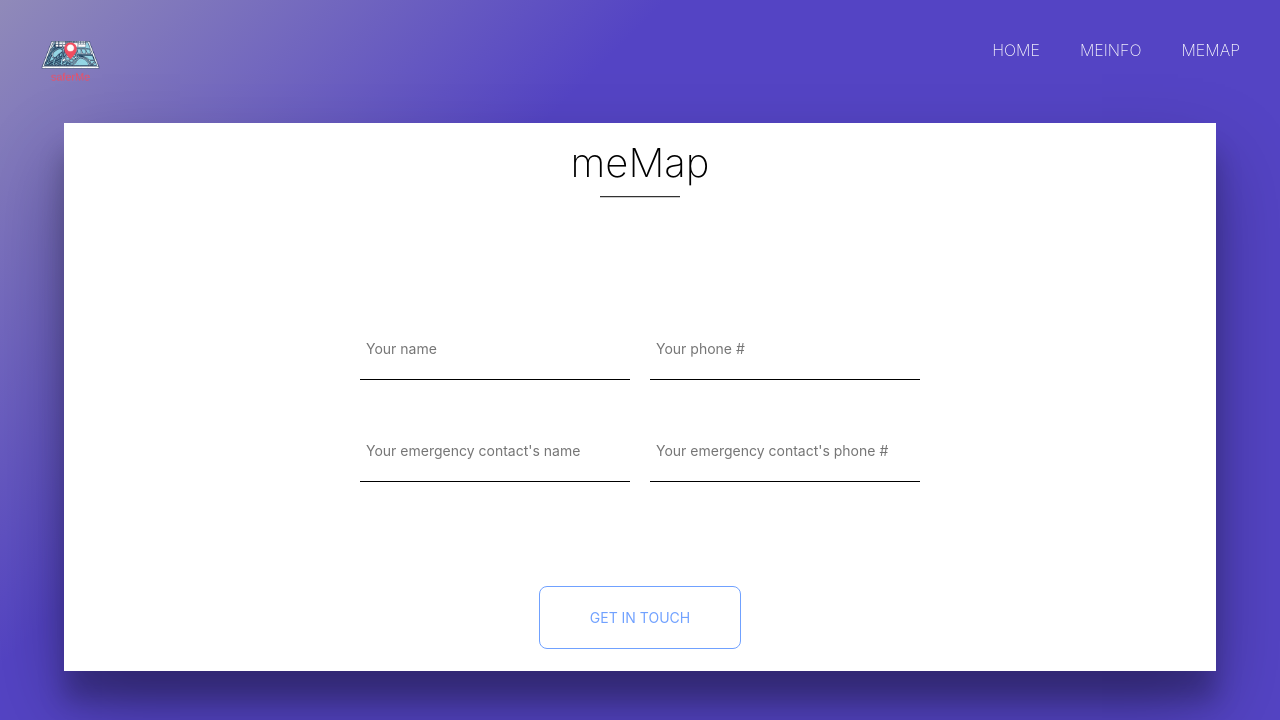
Repository: aasirvalji/saferMe
Page: /alt
The author's editor kept a copy of each file at every save. The page is drawn from the files as they stood at one save, then again after the next save.
The browser window is 1280 px wide. The pictures show the whole page.
An inner scrolling area shows only its first screen. The project was rebuilt for these pictures with package versions that can differ from the ones it lists, and the page was loaded fresh each time. Also part of the build but not shown: src/components/Landing.js, src/styles/Services.css, src/components/Services.js, src/mapStyles.js, src/components/MapDisplay.js, src/styles/AboutDisplay.css, src/components/AboutDisplay.js, src/components/SampleDisplay.js.

Above is the page before, as saved 2020-02-16 10:35:55.

### public/index.html
<!DOCTYPE html>
<html lang="en">
  <head>
    <meta charset="utf-8" />
    <link rel="icon" href="%PUBLIC_URL%/favicon.ico" />
    <meta name="viewport" content="width=device-width, initial-scale=1" />
    <meta name="theme-color" content="#000000" />
    <meta
      name="description"
      content="Web site created using create-react-app"
    />
    <link rel="apple-touch-icon" href="%PUBLIC_URL%/logo192.png" />
    <!--
      manifest.json provides metadata used when your web app is installed on a
      user's mobile device or desktop. See https://developers.google.com/web/fundamentals/web-app-manifest/
    -->
    <link rel="manifest" href="%PUBLIC_URL%/manifest.json" />
    <!--
      Notice the use of %PUBLIC_URL% in the tags above.
      It will be replaced with the URL of the `public` folder during the build.
      Only files inside the `public` folder can be referenced from the HTML.

      Unlike "/favicon.ico" or "favicon.ico", "%PUBLIC_URL%/favicon.ico" will
      work correctly both with client-side routing and a non-root public URL.
      Learn how to configure a non-root public URL by running `npm run build`.
    -->

    <link
    rel="stylesheet"
    href="https://maxcdn.bootstrapcdn.com/bootstrap/4.3.1/css/bootstrap.min.css"
    integrity="sha384-ggOyR0iXCbMQv3Xipma34MD+dH/1fQ784/j6cY/iJTQUOhcWr7x9JvoRxT2MZw1T"
    crossorigin="anonymous"
  />

  <link rel="stylesheet" href="https://use.fontawesome.com/releases/v5.7.2/css/all.css" integrity="sha384-fnmOCqbTlWIlj8LyTjo7mOUStjsKC4pOpQbqyi7RrhN7udi9RwhKkMHpvLbHG9Sr" crossorigin="anonymous">

    <title>Aurorah</title>
  </head>
  <body>
    <noscript>You need to enable JavaScript to run this app.</noscript>
    <div id="root"></div>
    <!--
      This HTML file is a template.
      If you open it directly in the browser, you will see an empty page.

      You can add webfonts, meta tags, or analytics to this file.
      The build step will place the bundled scripts into the <body> tag.

      To begin the development, run `npm start` or `yarn start`.
      To create a production bundle, use `npm run build` or `yarn build`.
    -->
  </body>
</html>

### src/App.js
import React from 'react';
import './App.css';
import Navigate from './components/Navigate'
import Landing from './components/Landing'
import Services from './components/Services'
import MapDisplay from './components/MapDisplay'
import AltDisplay from './components/AltDisplay'
import AboutDisplay from './components/AboutDisplay'

import SampleDisplay from './components/SampleDisplay';


import {
  BrowserRouter as Router,
  Switch,
  Route,
} from "react-router-dom";

class App extends React.Component { //when working with any type of data, call it in App then pass to comp on interest

  constructor(props) {
    super(props);

  }

/* start api sample */
/*
  componentDidMount() {
    fetch("https://api.example.com/items")
      .then(res => res.json())
      .then(
        (result) => {
          this.setState({
            isLoaded: true,
            items: result.items
          });
        },
        // Note: it's important to handle errors here
        // instead of a catch() block so that we don't swallow
        // exceptions from actual bugs in components.
        (error) => {
          this.setState({
            isLoaded: true,
            error
          });
        }
      )
  }
  */
/* end api sample */
  render(){


  return (
    <Router>
    <div className="App">

    <Switch>

    <Route exact path="/">
    <div className='landing-div'>
    <Navigate></Navigate>
    <Landing></Landing>
    <img className='wave' src='https://www.ochrehealth.com.au/wp-content/uploads/2018/10/slider-wave.png' alt=''></img>  {/* wave pattern*/}
    </div>
    {/* services placement*/}
    {/* maps placement*/}
    </Route>

    <Route path="/about">
    <div className='about-background'>
    <Navigate></Navigate>

    <AboutDisplay></AboutDisplay>
    </div>
    </Route>

    <Route path="/map">
    <div className='map-background'>
    <Navigate></Navigate>

  <MapDisplay></MapDisplay>
    </div>
    </Route>

    <Route path="/graph">
    <div className='graph-background'>
    <Navigate></Navigate>


    </div>
    </Route>

    <Route path="/alt">
    <div className='alt-background'>
    <Navigate></Navigate>

    <AltDisplay></AltDisplay>
    </div>
    </Route>

    </Switch>

    </div>
    </Router>

  );
  }
}

export default App;

### src/App.css
.landing-div {
    height: 100vh;
	background: linear-gradient(-45deg, #ee7752, #e73c7e,#FF4136, #85144b);
	background-size: 400% 400%;
    animation: gradient 10s ease infinite;

}


@keyframes gradient {
	0% {
		background-position: 0% 50%;
	}
	50% {
		background-position: 100% 50%;
	}
	100% {
		background-position: 0% 50%;
	}
}

.landing-div .wave{
    margin-right: 20vh;
    height: 15vh;
    width: 100%;
    position: absolute;
    bottom: 0;
}

@media screen and (max-width:700px) {

    .landing-div {
        height: 110vh;
    }

    .landing-div .wave{
    display: none;
    }

}

.about-background{
    background: linear-gradient(-45deg, #23a6d5, #23a6d5,#23a6d5, #acceda);
    height: 100vh;
}

.map-background{
    background: linear-gradient(-45deg, #FF4136, #FF4136,#FF4136, #e7ab98);
    height: 100vh;
}

.graph-background{
    background: linear-gradient(-45deg, #e73c7e, #e73c7e,#e73c7e, #e0a0b9);
    height: 100vh;
}

.alt-background{
    background: linear-gradient(-45deg, #5444c4, #5444c4,#5444c4, #908ab9);
    height: 100vh;
}

### src/components/Navigate.js
import React from 'react';
import '../styles/Navigate.css';
import {}
from 'react-bootstrap';
import img from '../assets/86665821_178198983462585_1128028565648965632_n.png'

import { Link } from "react-router-dom";


function Navigate() {
    return (
    <>
  <div class="header">
    <h2 class="logo"><img src={img}></img></h2>
    <input type="checkbox" id="chk"></input>
    <label for="chk" class="show-menu-btn">
      <i class="fas fa-ellipsis-h"></i>
    </label>

    <ul class="menu">
      <Link to="/"><a>Home</a></Link>
      {/*<Link to="/about"><a>About</a></Link>*/}
      <Link to="/alt"><a>meInfo</a></Link>
      <Link to="/map"><a>meMap</a></Link>
      {/*<Link to="/graph"><a>eGraph</a></Link>*/}

      <label for="chk" class="hide-menu-btn">
        <i class="fas fa-times"></i>
      </label>
    </ul>
  </div>
</>
);
}


export default Navigate;

### src/components/AltDisplay.js
import React from 'react';
import '../styles/AltDisplay.css'




class AltDisplay extends React.Component{

  constructor(props){
    super(props);

    this.state = {username: "",
    userNumber: "",
    emergencyName: "",
    emergencyNumber: "",
  };

    this.handleChange = this.handleChange.bind(this);
    this.handleSubmit = this.handleSubmit.bind(this);
}



handleChange = (event) => {
  this.setState({
  [event.target.name] : event.target.value
})
}

handleSubmit(event) {
  this.sendData();
  console.log ('done')
  event.preventDefault();
  alert("Thank you for your submission, your data has been recorded")

  {/*} restore state post submission
  this.setState({
    username : '',

  }) */}

}

sendData(){

  // create a new XMLHttpRequest
  var xhr = new XMLHttpRequest()

  // get a callback when the server responds
  xhr.addEventListener('load', () => {
    // update the state of the component with the result here
    console.log(xhr.responseText)
  })
  // open the request with the verb and the url
  xhr.open('POST', 'https://valley.alishanpiyarali.repl.co/form')
  // send the request
  xhr.send(this.state.username + "," + this.state.userNumber.toString() + ","  + this.state.emergencyName + "," +this.state.emergencyNumber.toString())

  console.log('success')
}



render(){
    return(
        <>

<div className='alt-con'>

<div className='alt-header'>
<h1>meMap</h1>
</div>

<form class="contact-section" onSubmit={this.handleSubmit}>
      <div class="inner-width">

        <input type="text" class="name" placeholder="Your name" name = 'username'
        value={this.state.value} onChange={this.handleChange} ></input>

       <input type="number" class="email" placeholder="Your phone #" name ="userNumber"
       username={this.state.username} onChange={this.handleChange} ></input>

      <input type="text" class="name" placeholder="Your emergency contact's name" name = 'emergencyName'
        value={this.state.value} onChange={this.handleChange} ></input>

       <input type="number" class="email" placeholder="Your emergency contact's phone #" name ="emergencyNumber"
       username={this.state.username} onChange={this.handleChange} ></input>

        <button type='submit' value="Submit">Get in touch</button>
      </div>
    </form>

</div>

        </>
    )
}
}


export default AltDisplay;

### src/styles/Navigate.css
/* Start Navbar */

.header{
    height: 100px;
    background: transparent;
    padding: 0 20px;
    color: white;
    font-weight: 200;
  }
  .logo{
    line-height: 100px;
    float: left;
  }

  .header h2{
    font-weight: 200;
  }

  .header img{
    width: 12vh;
    height: 12vh;
    margin-left: 1vh;
    transform: translateY(2rem);
  }

  .menu{
    float: right;
    line-height: 100px;
  }
  .menu a{
    color: white;
    text-transform: uppercase;
    text-decoration: none;
    padding: 0 10px;
    transition: 0.4s;
  }
  .show-menu-btn,.hide-menu-btn{
    transition: 0.4s;
    font-size: 30px;
    cursor: pointer;
    display: none;
  }
  .show-menu-btn{
    float: right;
  }
  .show-menu-btn i{
    line-height: 100px;
  }
  .menu a:hover,
  .show-menu-btn:hover,
  .hide-menu-btn:hover{
    transition: .5s;
    color: black;
  }

  #chk{
    position: absolute;
    visibility: hidden;
    z-index: -1111;
  }

  .content{
    padding: 0 20px;
  }
  .content img{
    width: 100%;
    max-width: 700px;
    margin: 20px 0;
  }
  .content p{
    text-align: justify;
  }

  @media screen and (max-width:800px) {
    .show-menu-btn,.hide-menu-btn{
      display: block;
    }
    .menu{
      position: fixed;
      width: 100%;
      height: 100vh;
      background: linear-gradient(-45deg, #ee7752, #e73c7e,#5444c4, #23a6d5);
      right: -100%;
      top: 0;
      text-align: center;
      padding: 80px 0;
      line-height: normal;
      transition: 0.7s;
      z-index: 1000;
    }
    .menu a{
      display: block;
      padding: 20px;
    }

    .menu a:hover{
      cursor: pointer;
    }

    .hide-menu-btn{
      position: absolute;
      top: 40px;
      right: 40px;
    }
    #chk:checked ~ .menu{
      right: 0;
    }
  }

  /* End Navbar */

### src/styles/Landing.css


  * {
    box-sizing: border-box;
    margin: 0;
    padding: 0;
  }


  h1 {
    line-height: 1.3;

  }

  img {
    width: 90%;
  }

  .container {
    max-width: 1200px;
    margin: auto;
    padding: 0 2rem;
    margin-top: 13vh;
  }

  .container h1, p{
    margin-top: 10vh;
    color: white;
  }

  .main-header{
    -webkit-animation: fadein 4s; /* Safari, Chrome and Opera > 12.1 */
    -moz-animation: fadein 4s; /* Firefox < 16 */
     -ms-animation: fadein 4s; /* Internet Explorer */
      -o-animation: fadein 4s; /* Opera < 12.1 */
         animation: fadein 4s;
  }

  .main-subheader{
    -webkit-animation: fadein 4s; /* Safari, Chrome and Opera > 12.1 */
    -moz-animation: fadein 4s; /* Firefox < 16 */
     -ms-animation: fadein 4s; /* Internet Explorer */
      -o-animation: fadein 4s; /* Opera < 12.1 */
         animation: fadein 4s;
  }

  .section-a {
    margin: 2rem 0;
  }

  .section-a .container {
    display: grid;
    grid-template-columns: 1fr 1fr;
    grid-gap: 3rem;
    align-items: center;
    justify-content: center;
  }

  .section-a h1 {
    font-size: 4rem;
    font-weight: 200;
  }

  .section-a p {
    font-size: 1.1rem;
    margin: 1rem 0 0 .775vh;
    font-weight: 200;
  }

  .floating{
    animation-name: floating;
    animation-duration: 3s;
    animation-iteration-count: infinite;
    animation-timing-function: ease-in-out;
    z-index: 100;
  }


  @keyframes floating {
    from { transform: translate(0,  0px); }
    50%  { transform: translate(0, 20px); }
    to   { transform: translate(0, -0px); }
}

  @media (max-width: 700px) {
    .section-a .container {
      grid-template-columns: 1fr;
      text-align: center;
    }

    .section-a .container div:first-child {
      order: 2;
    }

    .section-a .container div:nth-child(2) {
      order: -1;
    }

    .section-a img {
      width: 80%;
      margin: auto;
    }
  }

/* fade in animation*/

@keyframes fadein {
  from { opacity: 0; }
  to   { opacity: 1; }
}

/* Firefox < 16 */
@-moz-keyframes fadein {
  from { opacity: 0; }
  to   { opacity: 1; }
}

/* Safari, Chrome and Opera > 12.1 */
@-webkit-keyframes fadein {
  from { opacity: 0; }
  to   { opacity: 1; }
}

/* Internet Explorer */
@-ms-keyframes fadein {
  from { opacity: 0; }
  to   { opacity: 1; }
}

/* Opera < 12.1 */
@-o-keyframes fadein {
  from { opacity: 0; }
  to   { opacity: 1; }
}

### src/styles/MapDisplay.css
/* Try adding wave to Navbar */

.map-con{
    transform: translateY(1vh);
    color: black;
    width: 90%;
    height: 76vh;
    margin: 15px auto;
    background: white;
    overflow: hidden;
    position: relative;
    top: 0;
    -webkit-box-shadow: 0 38px 76px rgba(0, 0, 0, 0.3), 0 30px 24px rgba(0, 0, 0, 0.22);
            box-shadow: 0 38px 76px rgba(0, 0, 0, 0.3), 0 30px 24px rgba(0, 0, 0, 0.22);
            overflow-y: auto;
}

.map-con p{
    color: white;
}

.map-header h1{
    color: black;
    text-align: center;
    font-weight: 200;
    margin-top: 2vh;
    margin-bottom: 8vh;
}

.map-header h1:after {

    content: '';
    transform: translateY(1vh);
    margin: auto;
    border-bottom: .1vh solid black;
    width: 11vh;
    display: block;

}

.map-details{
    display: flex;
    flex-direction: column;
    justify-content: center;
    align-items: center;
}

.map-details p{
    font-weight: 300;
    margin: auto;
    color: black;
    text-align: center;
    width: 50%;
    margin-bottom: 3vh;
}

.marker-div{
    display: flex;
    flex-direction: column;
    justify-content: center;
    align-items: center;
}

.marker-div h2{
font-size: 1rem;
text-align: center;
margin-bottom: 1rem;
}

.marker-div {
    font-size: 1rem;
    text-align: center;
    margin-bottom: 1rem;
    }

.marker-div img{
    margin: auto;
    width: 18rem;
    height: 15rem;
    }

button{
background: none;
color: #fc0000;
border: 1px solid #fc0000;
padding: 20px 50px;
border-radius: 8px;
text-transform: uppercase;
font-size: 14px;
transition: 0.4s linear;
cursor: pointer;
}

button:hover{
    background: #fc0000;
    color: #fff;
  }

.emergencyButton{
    transform: translateY(-2.5rem);
}

/*end button*/

/* start responsive map */

/*
@media only screen and (max-width: 900px){
.map-div {
    width: 800vh;
}

}
*/

/* end responsive map */

### src/styles/AltDisplay.css
/* Try adding wave to Navbar */

.alt-con{
    transform: translateY(1vh);
    color: black;
    width: 90%;
    height: 76vh;
    margin: 15px auto;
    background: white;
    overflow: hidden;
    position: relative;
    top: 0;
    -webkit-box-shadow: 0 38px 76px rgba(0, 0, 0, 0.3), 0 30px 24px rgba(0, 0, 0, 0.22);
            box-shadow: 0 38px 76px rgba(0, 0, 0, 0.3), 0 30px 24px rgba(0, 0, 0, 0.22);
            overflow-y: auto;
}

.alt-con p{
    color: white;
}

.alt-header h1{
    color: black;
    text-align: center;
    font-weight: 200;
    margin-top: 2vh;
    margin-bottom: 8vh;
}

.alt-header h1:after {

    content: '';
    transform: translateY(1vh);
    margin: auto;
    border-bottom: .1vh solid black;
    width: 11vh;
    display: block;

}

.alt-details p{
    font-weight: 300;
    margin: auto;
    color: black;
    text-align: center;
    width: 50%;
    margin-bottom: 3vh;
}

.alt-details img{
    display: block;
    margin: 0 auto;
    height: 40vh;
    width: 50vh;
}

/* sample */

.middle{
    position: relative;
    margin: auto;
  }

  .task-list{
    width: 400px;
    padding: 40px;
    background: linear-gradient(-45deg, #ee7752, #ee7752,#ee7752, #e7ab98);
    background-size: cover;
  }
  .task-list h2{
    color: #fff;
    font-weight: 220;
  }
  .task{
    display: flex;
    padding: 10px 0;
    align-items: center;
    cursor: pointer;
    font-weight: 220;
  }

  .task input{
    position: absolute;
    visibility: hidden;
  }

  /* start remove number wheel on type input */

  input[type=number]::-webkit-inner-spin-button,

input[type=number]::-webkit-outer-spin-button {

  -webkit-appearance: none;
   appearance: none;
   display: none;
   opacity: 0;
  margin: 0;

}

/* end remove number wheel on type input */

  .task i{
    display: inline-block;
    width: 48px;
    height: 48px;
    border-radius: 50%;
    border: 1px solid white;
    text-align: center;
    line-height: 48px;
    font-size: 20px;
    margin-right: 14px;
    color: transparent;
  }

  .text{
    font-size: 18px;
    color: #fff;
  }

  .task input:checked ~ i{
    color: white;
  }

  .task input:checked ~ .text{
    text-decoration: line-through;
    color: white;
  }


  .contact-section{
    background: transparent;
    padding: 70px 0;
    text-align: center;
  }

  .inner-width{
    max-width: 600px;
    margin: auto;
    padding: 0 20px;
  }

  .contact-section h1{
    font-size: 20px;
    color: #000000;
    text-transform: uppercase;
    letter-spacing: 4px;
    font-weight: 400;
  }

  .name,.email{
    background: none;
    border:none;
    outline: none;
    border-bottom: 1px solid;
    color: #000000;
    padding: 20px 6px;
    font-size: 14px;
    margin-bottom: 40px;
  }

  .name{
    float: left;
    width: 270px;
  }

  .email{
    float: right;
    width: 270px;
  }

  .message{
    min-width: 100%;
    max-width: 100%;
  }


  .contact-section button{
    margin-top: 4rem;
    background: none;
    color: #70a1ff;
    border: 1px solid #70a1ff;
    padding: 20px 50px;
    border-radius: 8px;
    text-transform: uppercase;
    font-size: 14px;
    transition: 0.4s linear;
    cursor: pointer;
  }

  .contact-section button:hover{
    background: #70a1ff;
    color: #fff;
  }


  @media screen and (max-width:600px){
    .name,.email{
      width: 100%;
    }
  }

Loaded but not shown: src/index.js (common file); src/index.css (common file); src/serviceWorker.js (common file)

After the next save:
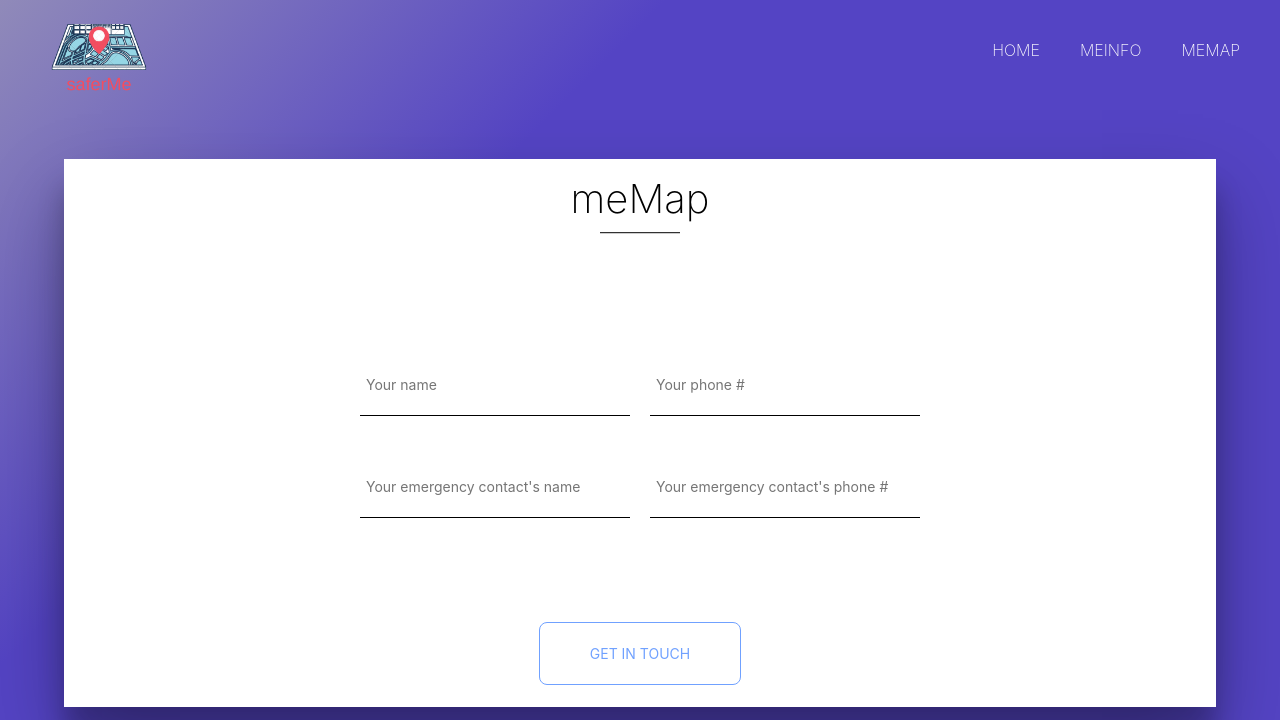
Saved 12 s later.
--- a/src/styles/Navigate.css
+++ b/src/styles/Navigate.css
@@ -17,10 +17,10 @@
   }
 
   .header img{
-    width: 12vh;
-    height: 12vh;
+    width: 20vh;
+    height: 20vh;
     margin-left: 1vh;
-    transform: translateY(2rem);
+    transform: translateY(1.5rem);
   }
 
   .menu{
